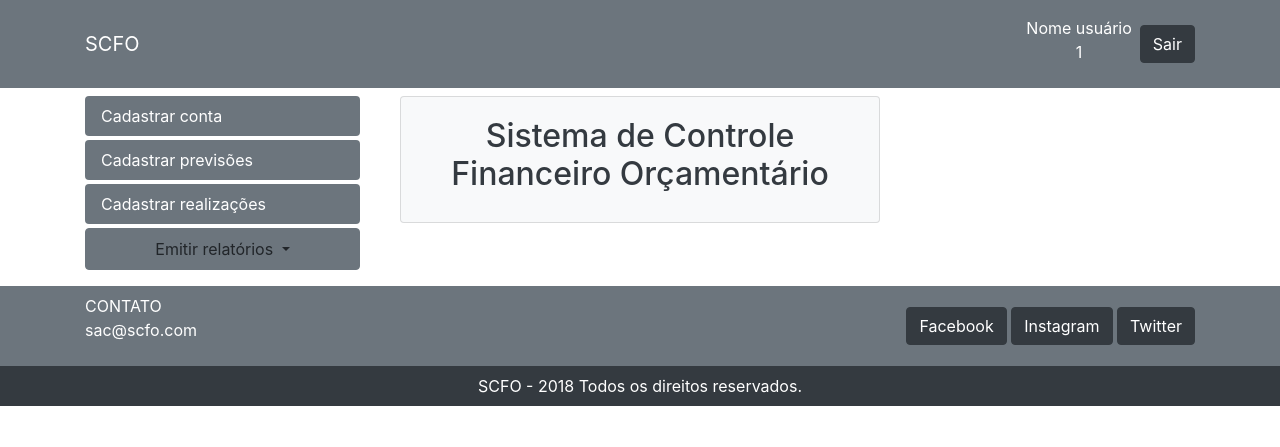
Repository: MaickSilva/scfoheroku
Page: http://localhost/logado.php
The author's editor kept a record of every edit. The page is drawn from the files as they stood at one moment, then again after the next edit.
The browser window is 1280 px wide. The pictures show the whole page.
Some web libraries are served in a nearby version. The page is run by PHP 8.4 with error messages shown; the project is at /var/www/html/. The session is filled in as if someone had signed in: {"UsuarioLog": true, "cpf": 1, "senha": 1}.

Above is the page before.

After the next edit:
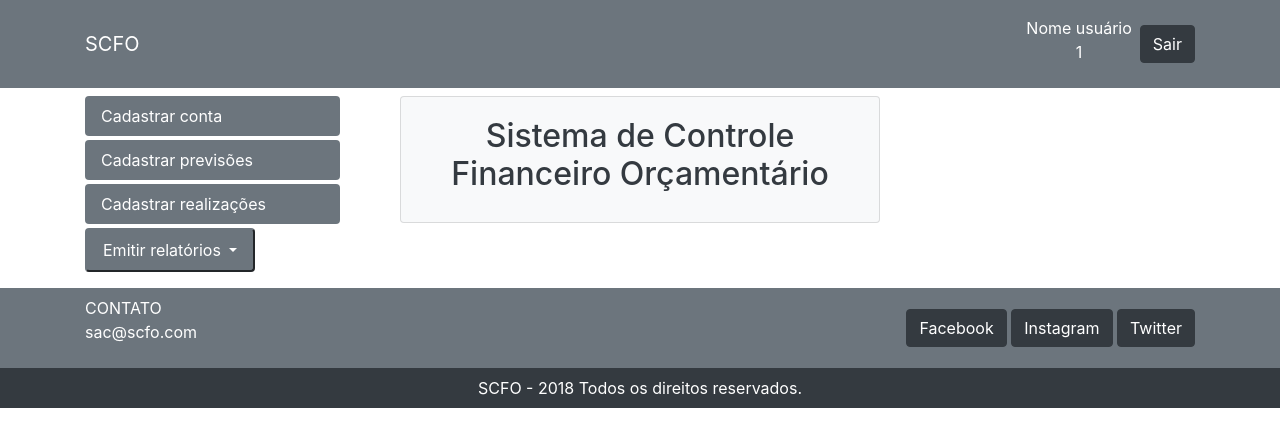
The edit:
--- a/workspace/logado.php
+++ b/workspace/logado.php
@@ -22,7 +22,7 @@
                         <a href="cadastrarPrevisao.php" class="nav-link btn-secondary mt-1" id="v-pills-profile-tab" role="tab" aria-controls="v-pills-profile" aria-selected="false">Cadastrar previsões</a>
                         <a href="inserirValores.php" class="nav-link btn-secondary mt-1" id="inserirValores" role="tab" aria-controls="v-pills-valores" aria-selected="false">Cadastrar realizações</a>
                         <div class="dropdown">
-                          <a class="nav-link btn btn-secondary dropdown-toggle mt-1" style="width:275px" type="button" id="dropdownMenuButton" data-toggle="dropdown" aria-haspopup="true" aria-expanded="false">
+                          <button class="nav-link btn-secondary dropdown-toggle mt-1" id="dropdownMenuButton" aria-controls="v-pills-valores" data-toggle="dropdown" aria-haspopup="true" aria-expanded="true">
                             Emitir relatórios
                           </a>
                           <div class="dropdown-menu" aria-labelledby="dropdownMenuButton">
